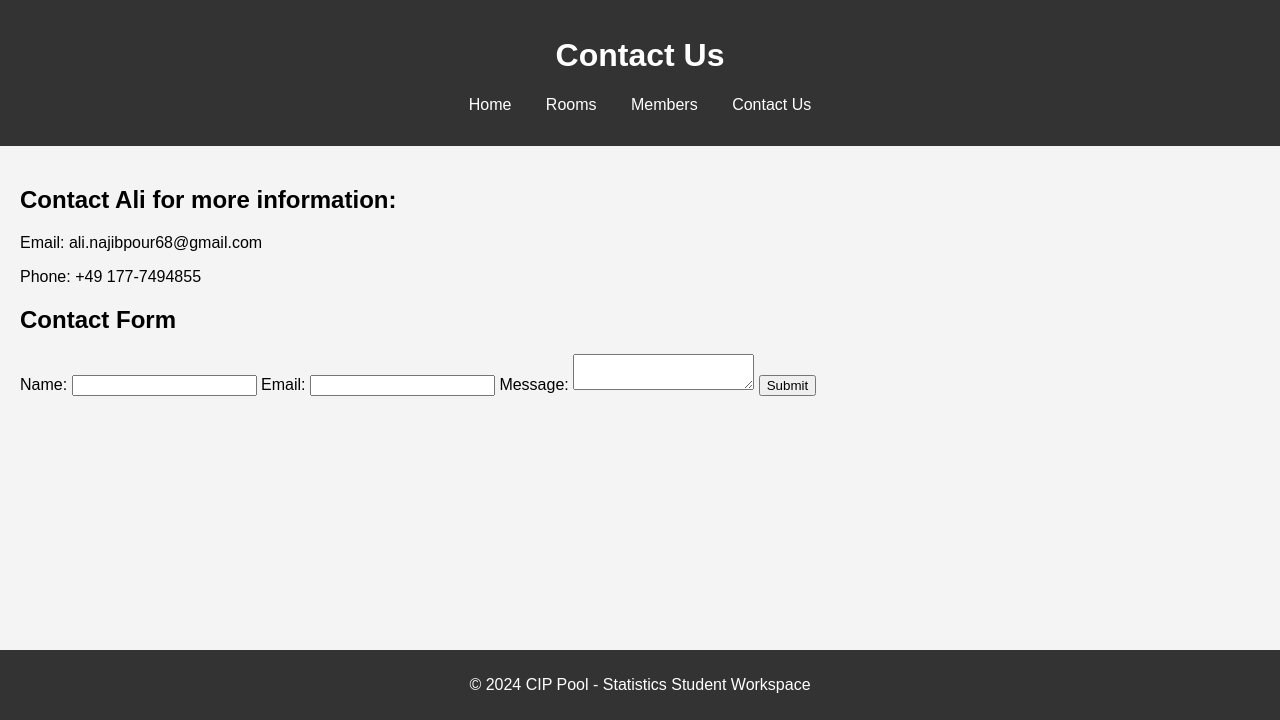
Repository: anjalisarawgi/cip_website
Page: contact.html
An editor plug-in stored every save of this project. The page is shown before and after the next save, followed by the edit.
The browser window is 1280 px wide. The pictures show the whole page.

Above is the page before, as saved 2024-06-14 12:28:26.

After the next save:
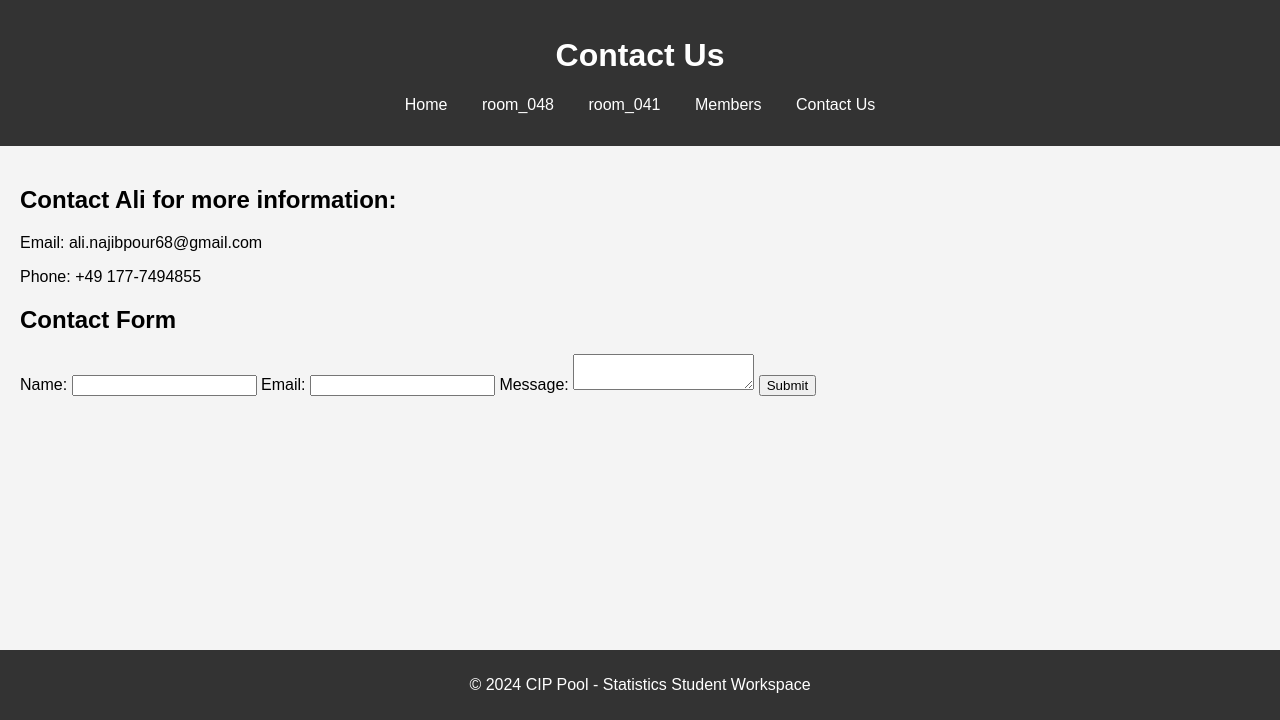
Saved 14 s later.
--- a/contact.html
+++ b/contact.html
@@ -12,7 +12,8 @@
         <nav>
             <ul>
                 <li><a href="index.html">Home</a></li>
-                <li><a href="rooms.html">Rooms</a></li>
+                <li><a href="room_048.html">room_048</a></li>
+                <li><a href="room_041.html">room_041</a></li>
                 <li><a href="members.html">Members</a></li>
                 <li><a href="contact.html">Contact Us</a></li>
             </ul>
